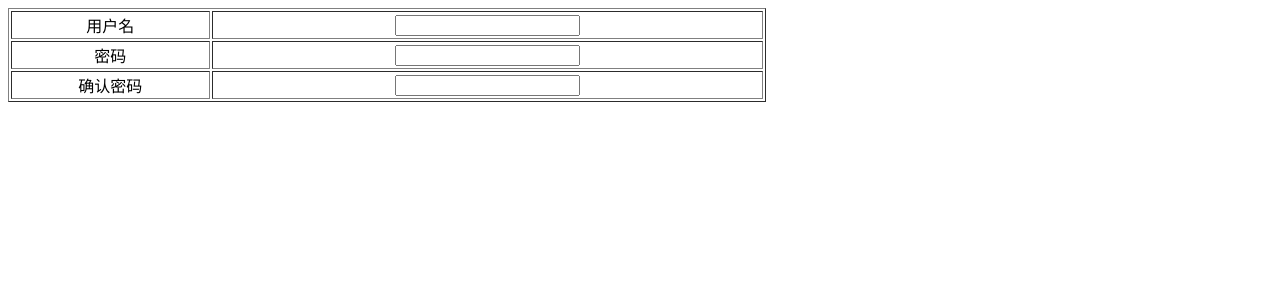
Repository: frankstar007/java
Page: http://localhost/WebMVCFrameWork/RegisterUIServlet
These files come from the project's save history. The page is drawn as it stood at one moment and after the next save; the edit follows.
The browser window is 1280 px wide. The pictures show the whole page.
The page is served by Tomcat 9. Other server files are loaded and not shown.

Above is the page before, as saved 2016-05-04 12:57:45.

### WebMVCFrameWork/WebContent/WEB-INF/pages/register.jsp
<%@ page language="java" contentType="text/html; charset=UTF-8"
    pageEncoding="UTF-8"%>
<!DOCTYPE html PUBLIC "-//W3C//DTD HTML 4.01 Transitional//EN" "http://www.w3.org/TR/html4/loose.dtd">
<html>
<head>
<meta http-equiv="Content-Type" content="text/html; charset=UTF-8">
<title>用户注册</title>
</head>
<body style="text-align:center;">
	<form action="${pageContext.request.contextPath }/servlet/RegisterServlet" method="post">
		<table width="60%" border="1">
			<tr>
			<td>用户名</td>
			<td>
				<input type="text" name="userName">
			</td>
			</tr>
			<tr>
			<td>密码</td>
			<td>
				<input type="password" name="userPwd">
			</td>
			</tr>
			<tr>
				<td>确认密码</td>
				<td>
				<input type="password" name="confirmPwd">
				</td>
			</tr>
		</table>

	</form>

</body>
</html>

### WebMVCFrameWork/src/me/frankstar/web/UI/RegisterUIServlet.java
package me.frankstar.web.UI;

import java.io.IOException;
import javax.servlet.ServletException;
import javax.servlet.annotation.WebServlet;
import javax.servlet.http.HttpServlet;
import javax.servlet.http.HttpServletRequest;
import javax.servlet.http.HttpServletResponse;
import javax.servlet.jsp.PageContext;

/**
 * Servlet implementation class RegisterUIServlet
 */
@WebServlet("/RegisterUIServlet")
public class RegisterUIServlet extends HttpServlet {
	private static final long serialVersionUID = 1L;

    /** 为用户提供注册的界面Servlet
     * RegisterUIServlet负责为用户输出注册界面
     * 当用户访问该Servlet就会跳转到register.jsp
     * @see HttpServlet#HttpServlet()
     */
    public RegisterUIServlet() {
        super();
        // TODO Auto-generated constructor stub
    }

	/**
	 * @see HttpServlet#doGet(HttpServletRequest request, HttpServletResponse response)
	 */
	protected void doGet(HttpServletRequest request, HttpServletResponse response) throws ServletException, IOException {
		// TODO Auto-generated method stub
		request.getRequestDispatcher("/WEB-INF/pages/register.jsp").forward(request, response);
		//System.out.println(request.getContextPath());
	}

	/**
	 * @see HttpServlet#doPost(HttpServletRequest request, HttpServletResponse response)
	 */
	protected void doPost(HttpServletRequest request, HttpServletResponse response) throws ServletException, IOException {
		// TODO Auto-generated method stub
		doGet(request, response);
	}

}

After the next save:
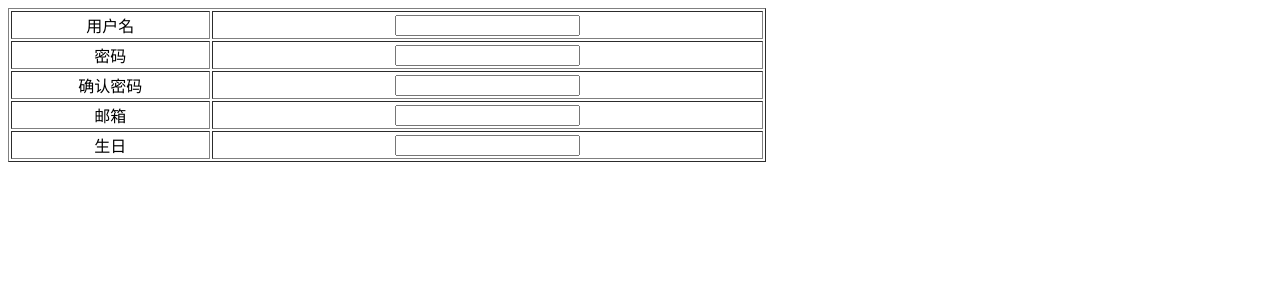
Saved 38 s later.
--- a/WebMVCFrameWork/WebContent/WEB-INF/pages/register.jsp
+++ b/WebMVCFrameWork/WebContent/WEB-INF/pages/register.jsp
@@ -27,6 +27,18 @@
 				<input type="password" name="confirmPwd">
 				</td>
 			</tr>
+			<tr>
+			<td>邮箱</td>
+			<td>
+				<input type="password" name="userPwd">
+			</td>
+			</tr>
+			<tr>
+				<td>生日</td>
+				<td>
+				<input type="password" name="confirmPwd">
+				</td>
+			</tr>
 		</table>
 
 	</form>
